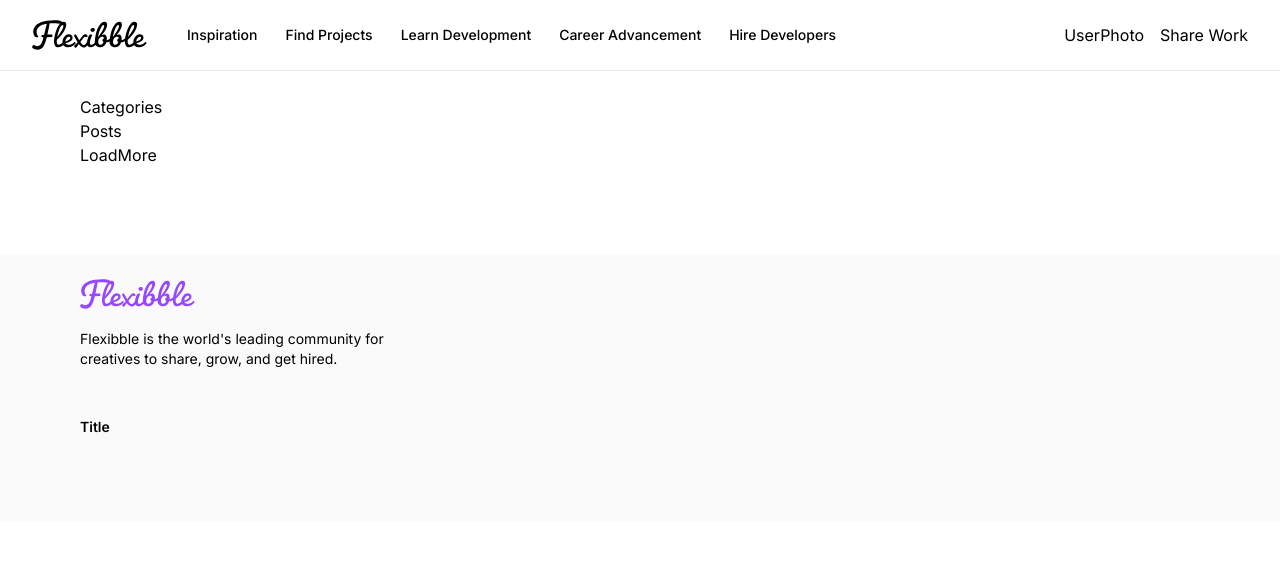
Repository: davedeguia/grafbase_flexibble
Page: /
These files come from the project's save history. The page is drawn as it stood at one moment and after the next save; the edit follows.
The browser window is 1280 px wide. The pictures show the whole page.
The project was rebuilt for these pictures with package versions that can differ from the ones it lists, and the page was loaded fresh each time. The framework's server and built-in components were replaced by stand-ins that run in the browser. Also part of the build but not shown: next.config.js, app/components/AuthProviders.tsx.

Above is the page before, as saved 2023-07-16 07:45:21.

After the next save:
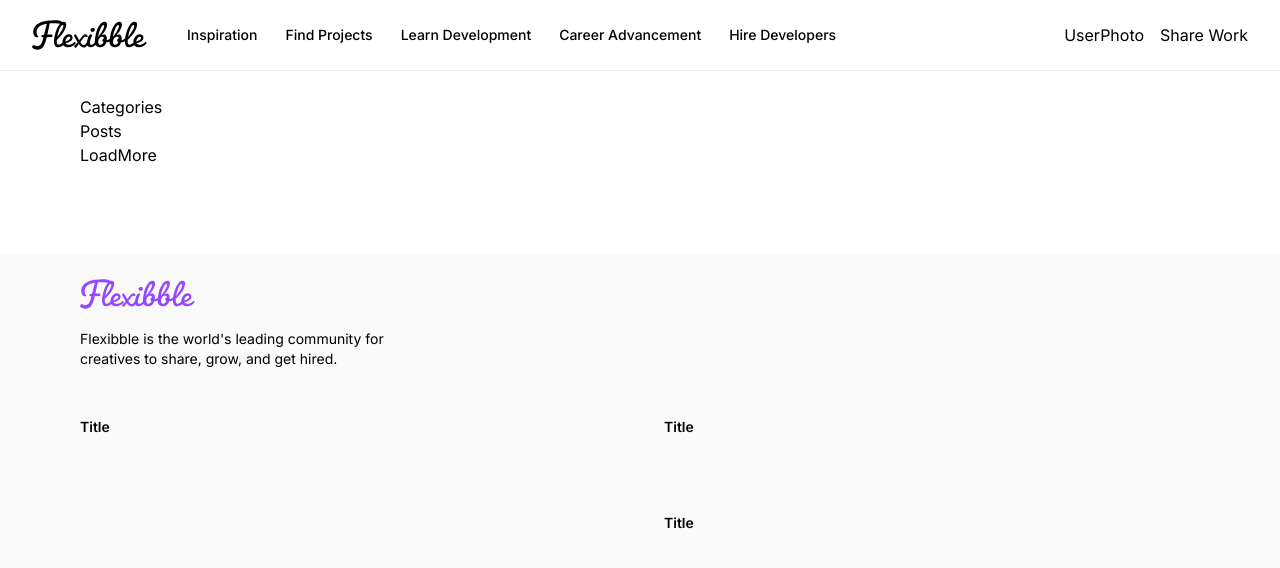
Saved 34 s later.
--- a/app/components/Footer.tsx
+++ b/app/components/Footer.tsx
@@ -41,7 +41,17 @@
             title={footerLinks[0].title}
             links={footerLinks[0].links}
           />
-          <div className='flex-1 flex flex-col gap-4'></div>
+
+          <div className='flex-1 flex flex-col gap-4'>
+            <FooterColumn
+              title={footerLinks[0].title}
+              links={footerLinks[0].links}
+            />
+            <FooterColumn
+              title={footerLinks[0].title}
+              links={footerLinks[0].links}
+            />
+          </div>
         </div>
       </div>
     </footer>
